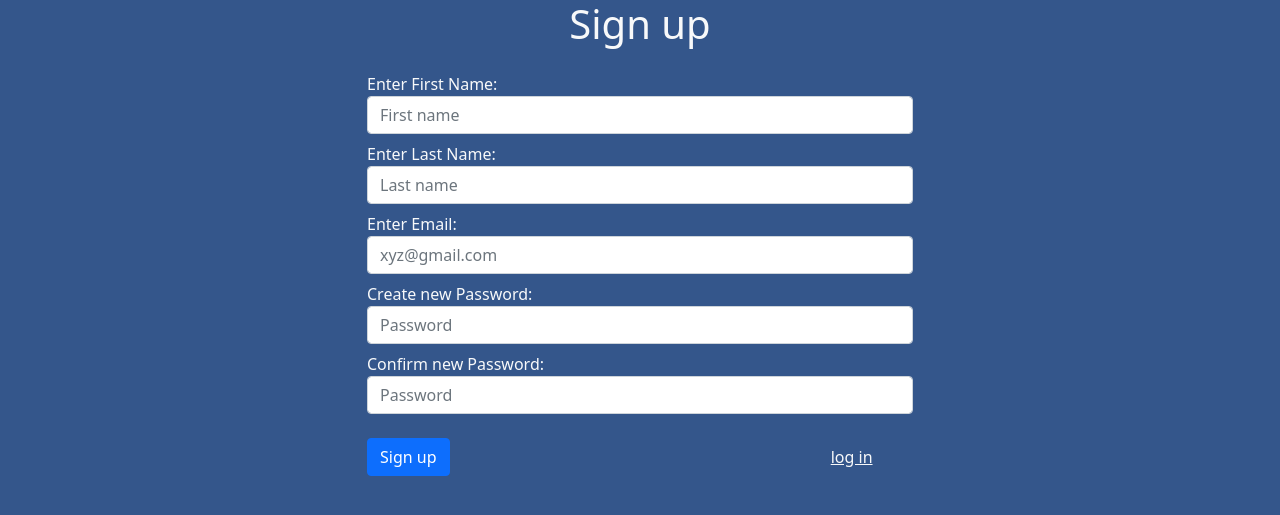
Repository: paresh-art/MyWebsite
Page: http://localhost/com.website/
These files come from the project's save history. The page is drawn as it stood at one moment and after the next save; the edit follows.
The browser window is 1280 px wide. The pictures show the whole page.
The page is served by Tomcat 9. Other server files are loaded and not shown.

Above is the page before, as saved 2022-11-07 15:27:12.

### com.website/src/main/webapp/index.jsp
<%@ page language="java" contentType="text/html; charset=UTF-8"
	pageEncoding="UTF-8"%>
<!doctype html>
<html lang="en">
<head>
<!-- Required meta tags -->
<meta charset="utf-8">
<meta name="viewport" content="width=device-width, initial-scale=1">
<!-- Bootstrap CSS -->
<link
	href="https://cdn.jsdelivr.net/npm/bootstrap@5.0.2/dist/css/bootstrap.min.css"
	rel="stylesheet"
	integrity="sha384-EVSTQN3/azprG1Anm3QDgpJLIm9Nao0Yz1ztcQTwFspd3yD65VohhpuuCOmLASjC"
	crossorigin="anonymous">

<title>Sign up page</title>
</head>
<body style="background-color: #34568B;">
	<div class="container">
		<h1 class="mx-auto text-center text-light">Sign up</h1>
		<form class="mt-4">
			<div class="row">
				<div class="col-lg-6 col-md-8 col-sm-12 mx-auto text-light">
					Enter First Name:<input type="text" class="form-control"
						placeholder="First name">
				</div>
			</div>

			<div class="row mt-2">
				<div class="col-lg-6 col-md-8 col-sm-12 mx-auto text-light">
					Enter Last Name:<input type="text" class="form-control"
						placeholder="Last name">
				</div>
			</div>
			<div class="row mt-2">
				<div class="col-lg-6 col-md-8 col-sm-12 mx-auto text-light">
					Enter Email:<input type="text" class="form-control"
						placeholder="xyz@gmail.com">
				</div>
			</div>
			<div class="row mt-2">
				<div class="col-lg-6 col-md-8 col-sm-12 mx-auto text-light">
					Create new Password:<input type="password" class="form-control"
						placeholder="Password">
				</div>
			</div>
			<div class="row mt-2">
				<div class="col-lg-6 col-md-8 col-sm-12 mx-auto text-light">
					Confirm new Password:<input type="password" class="form-control"
						placeholder="Password">
				</div>
			</div>
			<br>
			<div class="row">
				<div class="col-lg-6 col-md-8 col-sm-12 mx-auto text-light">
					<button class="btn btn-primary " type="submit">Sign up</button>
					<button type="button" class="btn btn-link offset-8 text-light">log
						in</button>
				</div>

			</div>
		</form>
</div>

		<!-- Optional JavaScript; choose one of the two! -->

		<!-- Option 1: Bootstrap Bundle with Popper -->
		<script
			src="https://cdn.jsdelivr.net/npm/bootstrap@5.0.2/dist/js/bootstrap.bundle.min.js"
			integrity="sha384-MrcW6ZMFYlzcLA8Nl+NtUVF0sA7MsXsP1UyJoMp4YLEuNSfAP+JcXn/tWtIaxVXM"
			crossorigin="anonymous"></script>

		<!-- Option 2: Separate Popper and Bootstrap JS -->
		<!--
    <script src="https://cdn.jsdelivr.net/npm/@popperjs/core@2.9.2/dist/umd/popper.min.js" integrity="sha384-IQsoLXl5PILFhosVNubq5LC7Qb9DXgDA9i+tQ8Zj3iwWAwPtgFTxbJ8NT4GN1R8p" crossorigin="anonymous"></script>
    <script src="https://cdn.jsdelivr.net/npm/bootstrap@5.0.2/dist/js/bootstrap.min.js" integrity="sha384-cVKIPhGWiC2Al4u+LWgxfKTRIcfu0JTxR+EQDz/bgldoEyl4H0zUF0QKbrJ0EcQF" crossorigin="anonymous"></script>
    -->
</body>
</html>

After the next save:
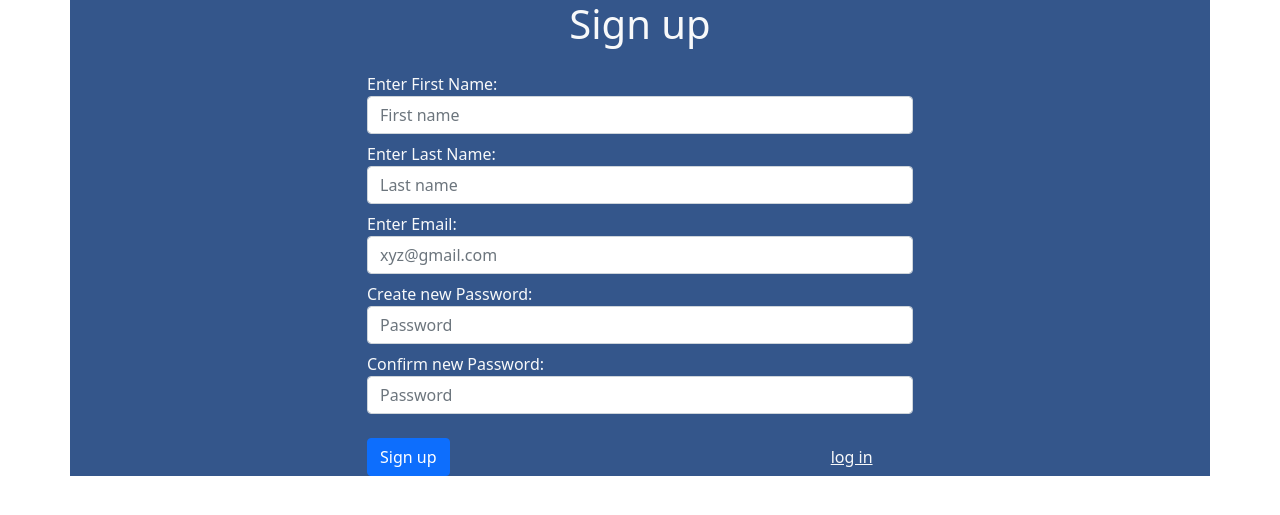
Saved 22 s later.
--- a/com.website/src/main/webapp/index.jsp
+++ b/com.website/src/main/webapp/index.jsp
@@ -15,8 +15,8 @@
 
 <title>Sign up page</title>
 </head>
-<body style="background-color: #34568B;">
-	<div class="container">
+<body>
+	<div class="container"  style="background-color: #34568B;" >
 		<h1 class="mx-auto text-center text-light">Sign up</h1>
 		<form class="mt-4">
 			<div class="row">
@@ -60,18 +60,18 @@
 
 			</div>
 		</form>
-</div>
+	</div>
 
-		<!-- Optional JavaScript; choose one of the two! -->
+	<!-- Optional JavaScript; choose one of the two! -->
 
-		<!-- Option 1: Bootstrap Bundle with Popper -->
-		<script
-			src="https://cdn.jsdelivr.net/npm/bootstrap@5.0.2/dist/js/bootstrap.bundle.min.js"
-			integrity="sha384-MrcW6ZMFYlzcLA8Nl+NtUVF0sA7MsXsP1UyJoMp4YLEuNSfAP+JcXn/tWtIaxVXM"
-			crossorigin="anonymous"></script>
+	<!-- Option 1: Bootstrap Bundle with Popper -->
+	<script
+		src="https://cdn.jsdelivr.net/npm/bootstrap@5.0.2/dist/js/bootstrap.bundle.min.js"
+		integrity="sha384-MrcW6ZMFYlzcLA8Nl+NtUVF0sA7MsXsP1UyJoMp4YLEuNSfAP+JcXn/tWtIaxVXM"
+		crossorigin="anonymous"></script>
 
-		<!-- Option 2: Separate Popper and Bootstrap JS -->
-		<!--
+	<!-- Option 2: Separate Popper and Bootstrap JS -->
+	<!--
     <script src="https://cdn.jsdelivr.net/npm/@popperjs/core@2.9.2/dist/umd/popper.min.js" integrity="sha384-IQsoLXl5PILFhosVNubq5LC7Qb9DXgDA9i+tQ8Zj3iwWAwPtgFTxbJ8NT4GN1R8p" crossorigin="anonymous"></script>
     <script src="https://cdn.jsdelivr.net/npm/bootstrap@5.0.2/dist/js/bootstrap.min.js" integrity="sha384-cVKIPhGWiC2Al4u+LWgxfKTRIcfu0JTxR+EQDz/bgldoEyl4H0zUF0QKbrJ0EcQF" crossorigin="anonymous"></script>
     -->
